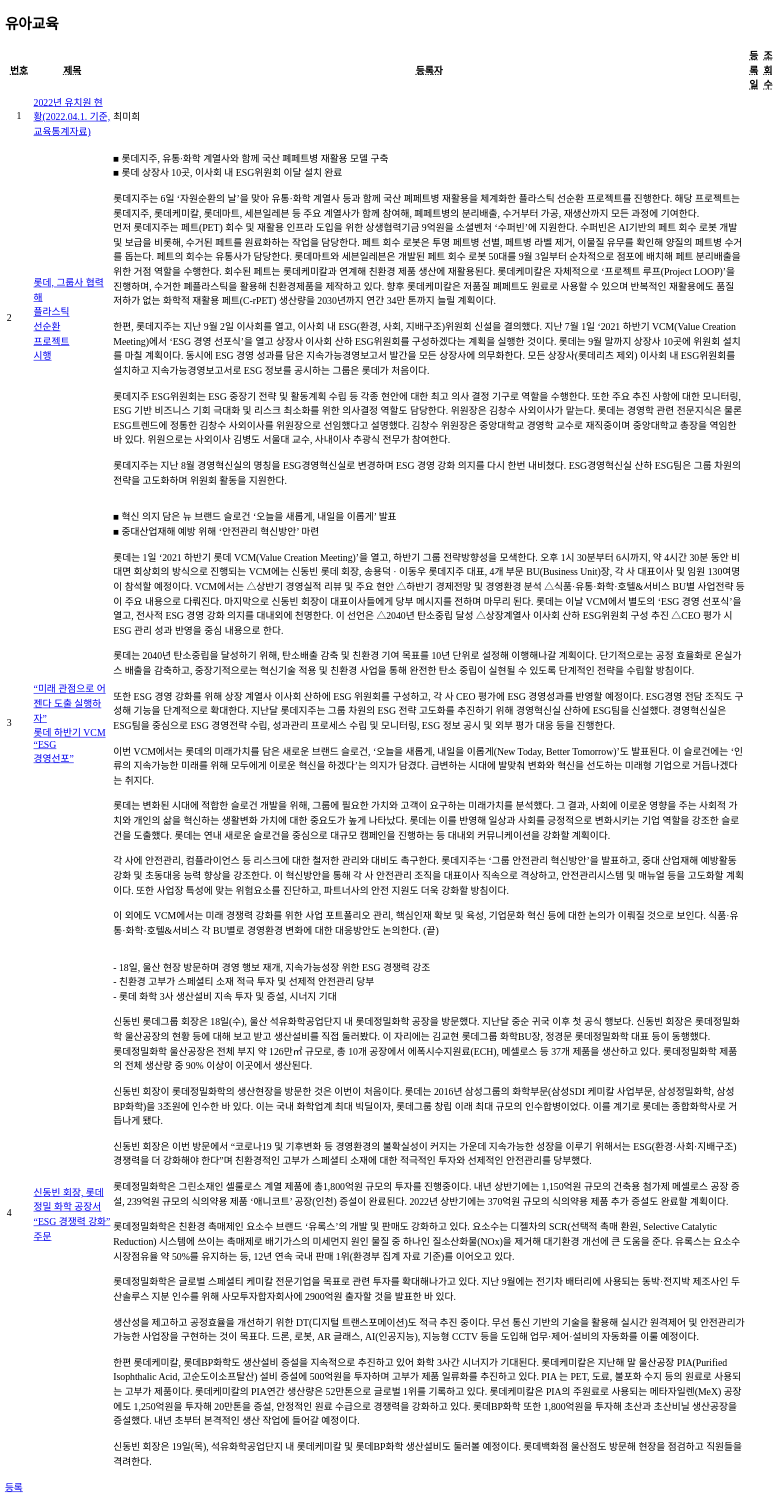
Repository: songyooon/pro06
Page: http://localhost/policy/infantlist
The author's editor kept a copy of each file at every save. The page is drawn from the files as they stood at one save, then again after the next save.
The browser window is 1280 px wide. The pictures show the whole page, at 61% of full size.
The page is this project's Thymeleaf template; nobody is signed in. The template is opened directly, without the code that normally fills it, so the values that code supplies are empty.

Above is the page before, as saved 2022-12-26 04:19:44.

After the next save:
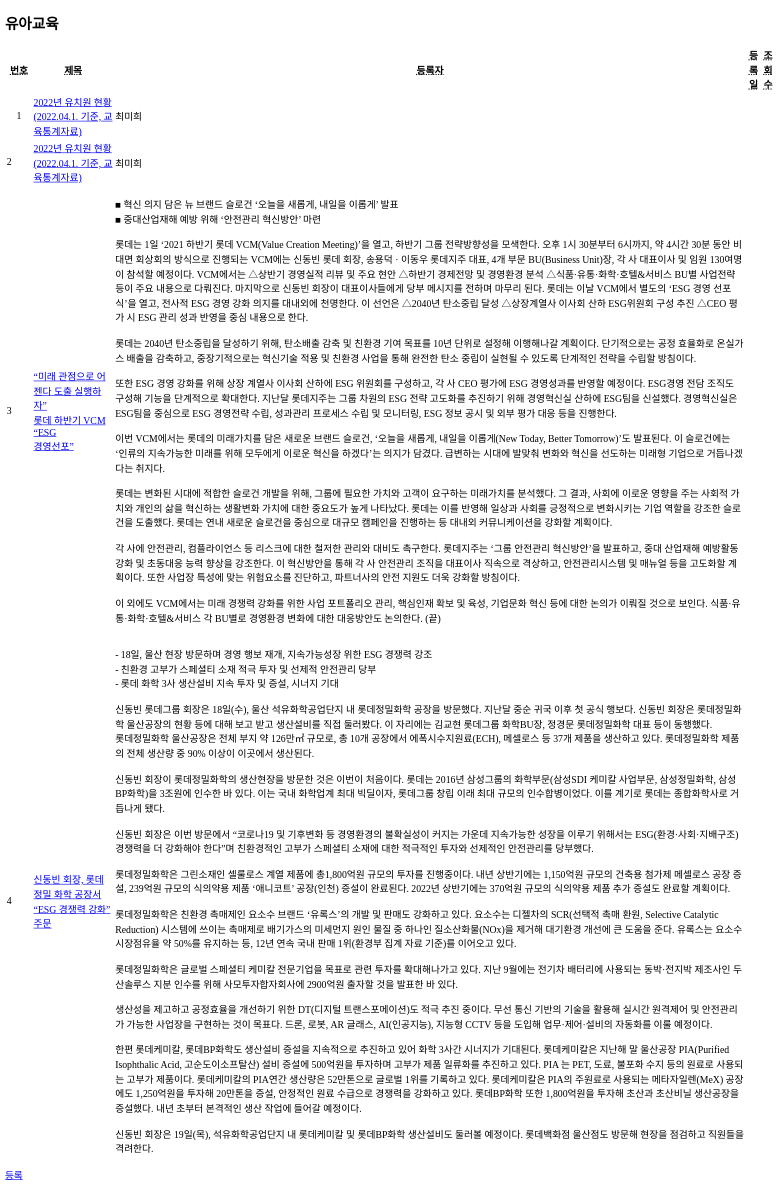
Saved 27 s later.
--- a/myapp/src/main/resources/templates/policy/infantlist.html
+++ b/myapp/src/main/resources/templates/policy/infantlist.html
@@ -47,28 +47,18 @@
                       <td>2</td>
 
                       <td>
-                          <a href="/pro04/GetEsgDetailCtrl.html?no=2">롯데, 그룹사 협력해 <br>플라스틱 <br>선순환 <br>프로젝트 <br>시행</a>
+                          <a href="/pro04/GetEsgDetailCtrl.html?no=1">2022년 유치원 현황(2022.04.1. 기준, 교육통계자료)</a>
                       </td>
                       <td>
-                          <p class="comment2">■ 롯데지주, 유통∙화학 계열사와 함께 국산 폐페트병 재활용 모델 구축<br>
-                            ■ 롯데 상장사 10곳, 이사회 내 ESG위원회 이달 설치 완료<br><br>
+                      최미희
+                      </td>
+                      <td>
 
+                      </td>
+                      <td>
 
-                            롯데지주는 6일 ‘자원순환의 날’을 맞아 유통·화학 계열사 등과 함께 국산 폐페트병 재활용을 체계화한 플라스틱 선순환 프로젝트를 진행한다. 해당 프로젝트는 롯데지주, 롯데케미칼, 롯데마트, 세븐일레븐 등 주요 계열사가 함께 참여해, 폐페트병의 분리배출, 수거부터 가공, 재생산까지 모든 과정에 기여한다.
+                      </td>
 
-                            <br>먼저 롯데지주는 페트(PET) 회수 및 재활용 인프라 도입을 위한 상생협력기금 9억원을 소셜벤처 ‘수퍼빈’에 지원한다. 수퍼빈은 AI기반의 페트 회수 로봇 개발 및 보급을 비롯해, 수거된 페트를 원료화하는 작업을 담당한다. 페트 회수 로봇은 투명 페트병 선별, 페트병 라벨 제거, 이물질 유무를 확인해 양질의 페트병 수거를 돕는다.
-
-                            페트의 회수는 유통사가 담당한다. 롯데마트와 세븐일레븐은 개발된 페트 회수 로봇 50대를 9월 3일부터 순차적으로 점포에 배치해 페트 분리배출을 위한 거점 역할을 수행한다.
-
-                            회수된 페트는 롯데케미칼과 연계해 친환경 제품 생산에 재활용된다. 롯데케미칼은 자체적으로 ‘프로젝트 루프(Project LOOP)’을 진행하며, 수거한 폐플라스틱을 활용해 친환경제품을 제작하고 있다. 향후 롯데케미칼은 저품질 폐페트도 원료로 사용할 수 있으며 반복적인 재활용에도 품질 저하가 없는 화학적 재활용 페트(C-rPET) 생산량을 2030년까지 연간 34만 톤까지 늘릴 계획이다.
-
-                            <br><br>한편, 롯데지주는 지난 9월 2일 이사회를 열고, 이사회 내 ESG(환경, 사회, 지배구조)위원회 신설을 결의했다. 지난 7월 1일 ‘2021 하반기 VCM(Value Creation Meeting)에서 ‘ESG 경영 선포식’을 열고 상장사 이사회 산하 ESG위원회를 구성하겠다는 계획을 실행한 것이다. 롯데는 9월 말까지 상장사 10곳에 위원회 설치를 마칠 계획이다. 동시에 ESG 경영 성과를 담은 지속가능경영보고서 발간을 모든 상장사에 의무화한다. 모든 상장사(롯데리츠 제외) 이사회 내 ESG위원회를 설치하고 지속가능경영보고서로 ESG 정보를 공시하는 그룹은 롯데가 처음이다.
-
-
-                                   <br><br>롯데지주 ESG위원회는 ESG 중장기 전략 및 활동계획 수립 등 각종 현안에 대한 최고 의사 결정 기구로 역할을 수행한다. 또한 주요 추진 사항에 대한 모니터링, ESG 기반 비즈니스 기회 극대화 및 리스크 최소화를 위한 의사결정 역할도 담당한다. 위원장은 김창수 사외이사가 맡는다. 롯데는 경영학 관련 전문지식은 물론 ESG트렌드에 정통한 김창수 사외이사를 위원장으로 선임했다고 설명했다. 김창수 위원장은 중앙대학교 경영학 교수로 재직중이며 중앙대학교 총장을 역임한바 있다. 위원으로는 사외이사 김병도 서울대 교수, 사내이사 추광식 전무가 참여한다.
-
-                                   <br><br> 롯데지주는 지난 8월 경영혁신실의 명칭을 ESG경영혁신실로 변경하며 ESG 경영 강화 의지를 다시 한번 내비쳤다. ESG경영혁신실 산하 ESG팀은 그룹 차원의 전략을 고도화하며 위원회 활동을 지원한다.</p>
-                      </td>
                     </tr>
 
                     <tr>
